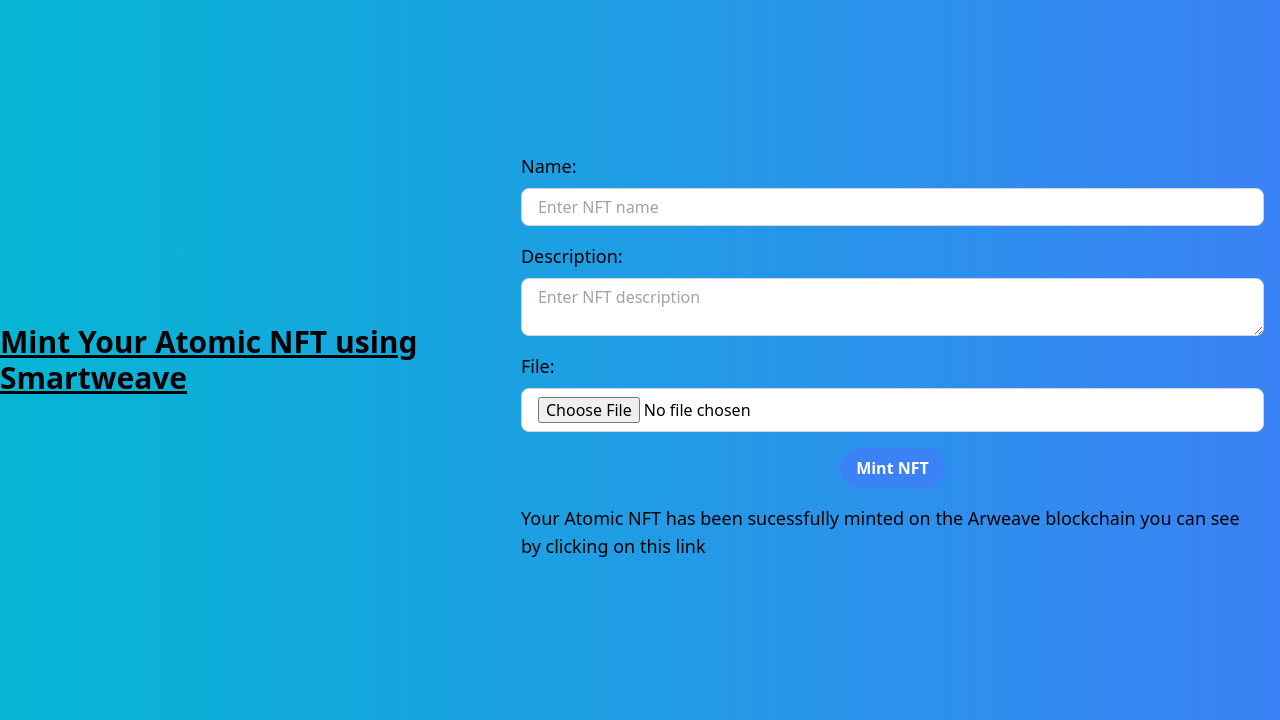
Repository: pawelpiwowarski/arweave-nft
Page: /
These files come from the project's save history. The page is drawn as it stood at one moment and after the next save; the edit follows.
The browser window is 1280 px wide. The pictures show the whole page.
The project was rebuilt for these pictures with package versions that can differ from the ones it lists, and the page was loaded fresh each time. The framework's server and built-in components were replaced by stand-ins that run in the browser.

Above is the page before, as saved 2023-01-30 14:56:09.

After the next save:
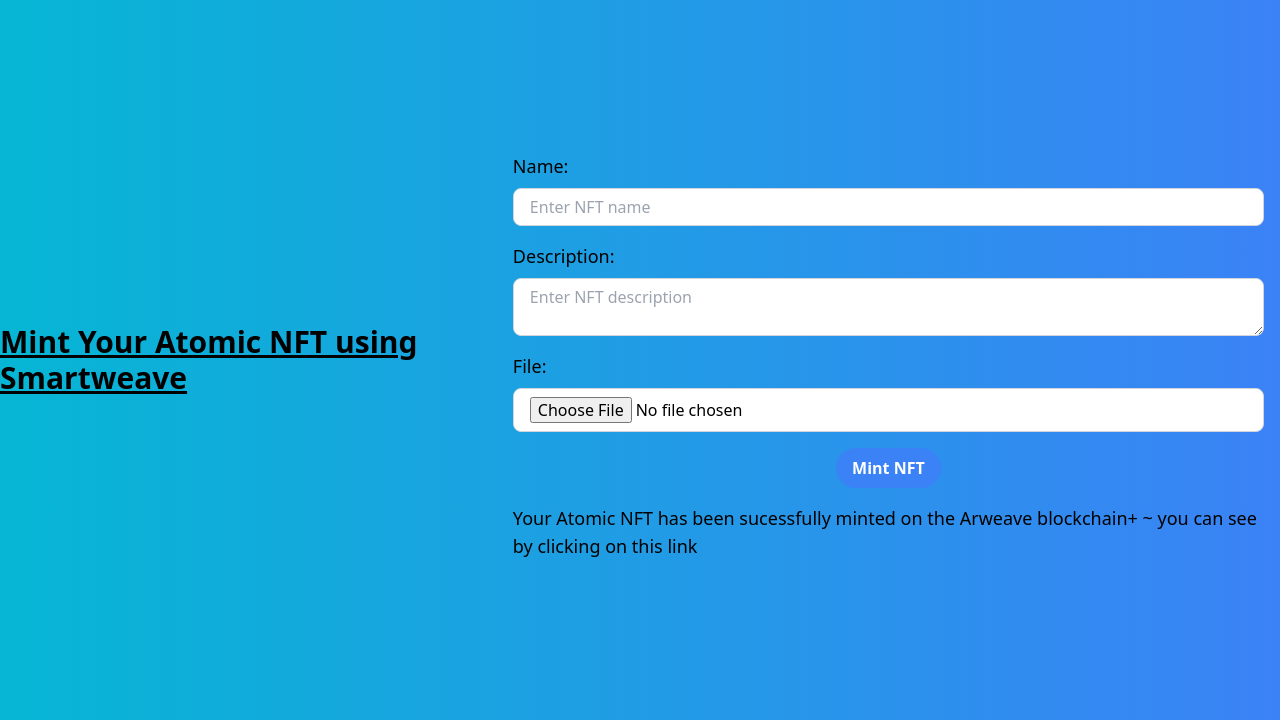
Saved 62 s later.
--- a/pages/index.tsx
+++ b/pages/index.tsx
@@ -87,7 +87,7 @@
   </div>
 
   <div className="flex flex-col m-4">
-    <p className="text-lg font-medium mb-2" > {  "Your Atomic NFT has been sucessfully minted on the Arweave blockchain \n you can see by clicking on this link"} <a target="_blank" href={respoonse}> {respoonse}</a></p>
+    <p className="text-lg font-medium mb-2" > {  "Your Atomic NFT has been sucessfully minted on the Arweave blockchain"}+  ~{"\n"} {"you can see by clicking on this link"} <a target="_blank" href={respoonse}> {respoonse}</a></p>
   </div>
 
 
